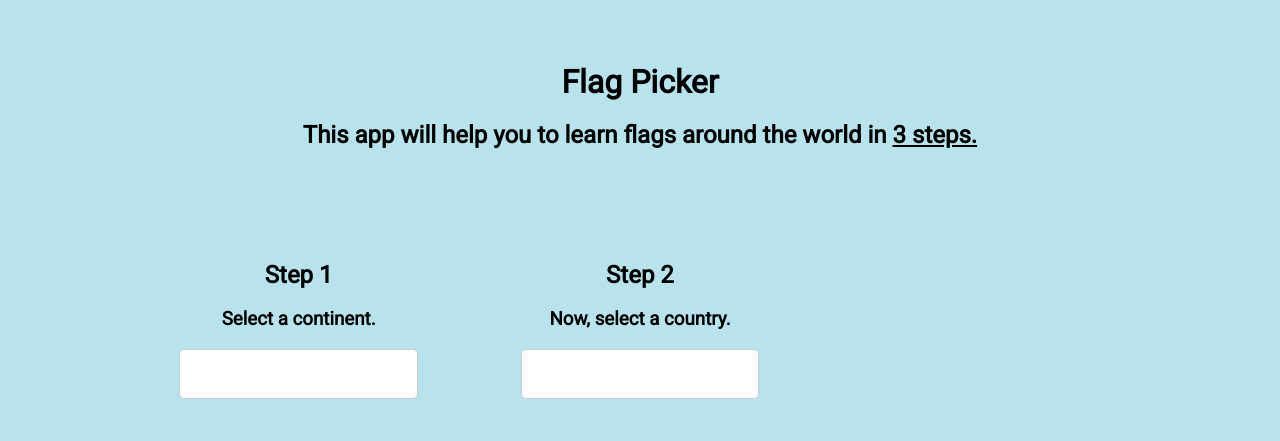
Repository: paras-shah/flag-app
Page: /
The author's editor kept a copy of each file at every save. The page is drawn from the files as they stood at one save, then again after a run of saves.
The browser window is 1280 px wide. The pictures show the whole page.
The project was rebuilt for these pictures with package versions that can differ from the ones it lists, and the page was loaded fresh each time.

Above is the page before, as saved 2020-02-11 22:10:14.

After the next 2 saves:
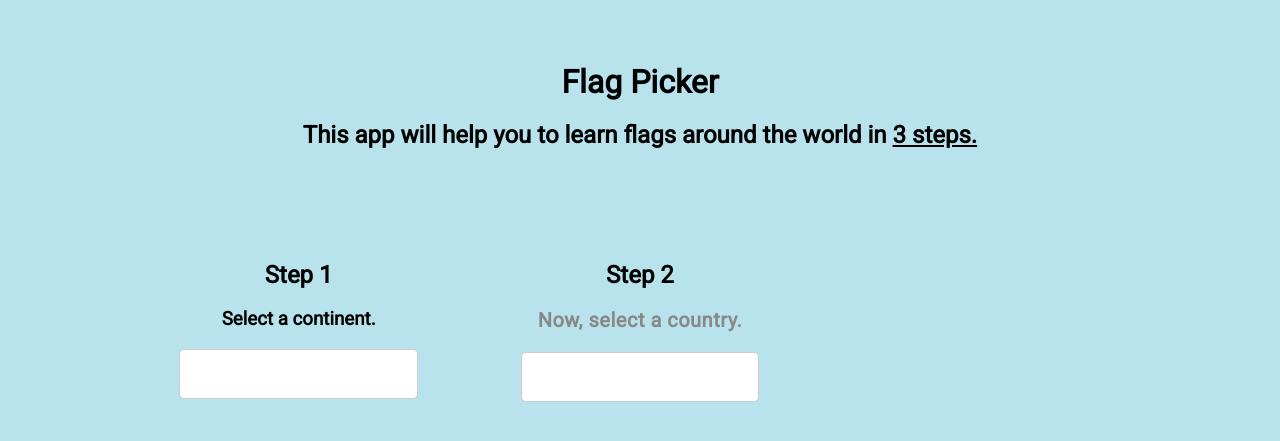
The 2 saves are shown as one change because they came seconds apart.
The last was saved 12 s later.
--- a/src/style/index.css
+++ b/src/style/index.css
@@ -25,9 +25,8 @@ header {
 }
 
 h1.mainText {
-  color: rgb(25, 194, 236);
-  font-size: 30px;
-
+	color: rgb(25, 194, 236);
+	font-size: 30px;
 }
 
 .subText {
@@ -49,16 +48,23 @@ h2 span {
 
 .app-content .column {
 	width: 33.3%;
-  padding: 5%;
+	padding: 5%;
 }
 
+.column-sub-text {
+	font-size: 20px;
+	color: #888;
+	letter-spacing: 0.5px;
+}
+
+
 .column input {
-    width: 100%;
-    height: 50px;
-    border: solid 1px #ccc;
-    border-radius: 5px;
-    font-size: 20px;
-    line-height: 50px;
-    padding: 5px;
-    box-sizing: border-box;
+	width: 100%;
+	height: 50px;
+	border: solid 1px #ccc;
+	border-radius: 5px;
+	font-size: 20px;
+	line-height: 50px;
+	padding: 5px;
+	box-sizing: border-box;
 }
